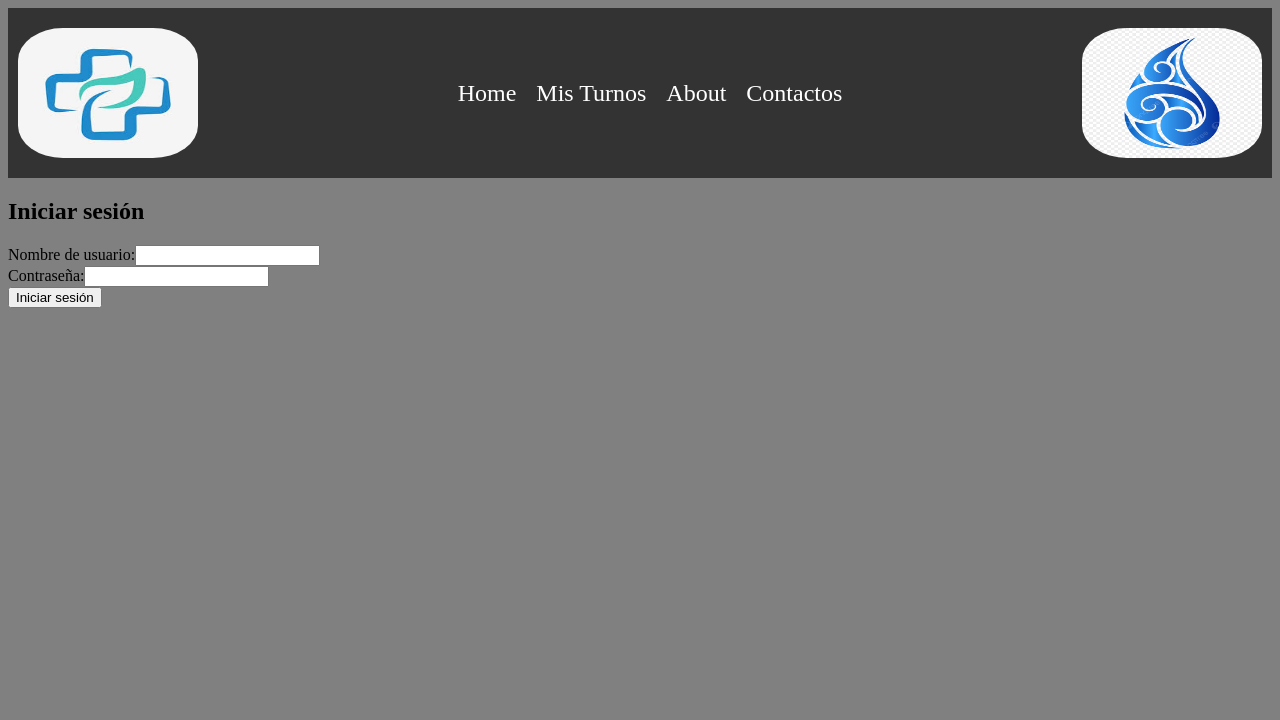
Repository: mauro8778/TurnoClinica
Page: / (app in front/vite-project/)
The author's editor kept a copy of each file at every save. The page is drawn from the files as they stood at one save, then again after the next save.
The browser window is 1280 px wide. The pictures show the whole page.
The project was rebuilt for these pictures with package versions that can differ from the ones it lists, and the page was loaded fresh each time. Also part of the build but not shown: front/vite-project/vite.config.js.

Above is the page before, as saved 2024-04-14 10:23:12.

### front/vite-project/src/App.jsx

import "./index.css"
import NavBar from "./components/NavBar/NavBar.jsx";
import Login from "./views/Login/Login"


function App() {


  return (
    <>
    <NavBar/>
  <Login/>
    </>


  )
}

export default App

### front/vite-project/src/index.css
body{

  background-color: grey;
}

### front/vite-project/src/components/NavBar/NavBar.jsx

import  "./NavBar.css";
import hospital from "../../assets/hospital.jpg"
import logo from "../../assets/logo.jpg"


const NavBar=()=>{

    return(
    <>

    <div className="navbar">
      <img src={hospital} alt="Imagen 1" className="left-image" />
      <ul className="nav-list">
        <li>Home</li>
        <li>Mis Turnos </li>
        <li>About</li>
        <li>Contactos </li>
      </ul>
      <img src={logo} alt="Imagen 2" className="right-image" />
    </div>


    </>
    )
}
export default NavBar;

### front/vite-project/src/views/Login/Login.jsx
import { useState } from "react";
import axios from "axios"
import "./Login.css";

const LoginForm = () => {
  const [credentials, setCredentials] = useState({
    username: "",
    password: ""
  });

  const [error, setError] = useState("");

  const handleInputChange = (event) => {
    const { name, value } = event.target;
    setCredentials({
      ...credentials,
      [name]: value
    });
  };

  const handleFormSubmit = async (event) => {
    event.preventDefault();
    try {
      const response = await axios.post("http://localhost:3000/users/loguin", credentials);
      if (response.data.success) {
        alert("Inicio de sesión exitoso");

    } else {
        setError("Credenciales inválidas");
      }
    } catch (error) {
      console.error("Error al iniciar sesión:", error);
      setError("Error al iniciar sesión. Por favor, inténtalo de nuevo más tarde");
    }
  };

  return (
    <div className="card-container">
    <div className="card">
      <h2>Iniciar sesión</h2>
      <form onSubmit={handleFormSubmit}>
        <div>
          <label htmlFor="username">Nombre de usuario:</label>
          <input
            type="text"
            id="username"
            name="username"
            value={credentials.username}
            onChange={handleInputChange}
          />
        </div>
        <div>
          <label htmlFor="password">Contraseña:</label>
          <input
            type="password"
            id="password"
            name="password"
            value={credentials.password}
            onChange={handleInputChange}
          />
        </div>
        {error && <p className="error">{error}</p>}
        <button type="submit">Iniciar sesión</button>
      </form>
    </div>
  </div>
);
};

export default LoginForm;

### front/vite-project/src/components/NavBar/NavBar.css
.navbar {
  display: flex;
  justify-content: space-between;
  align-items: center;
  background-color: #333;
  padding: 10px;
  height: 150px;
}

.nav-list {
  list-style: none;
  display: flex;
  margin: 0;
  padding: 0;
}

.nav-list li {
  margin-left: 20px;
  color: white;
  font-size: 1.5rem;
}

.left-image,
.right-image {
  width: 180px;
  height: 130px;
  border-radius: 25%;
}

### front/vite-project/src/views/Login/Login.css
.card-container {
      position: fixed;
      top: 50%;
      left: 50%;
      transform: translate(-50%, -50%);
      perspective: 1000px;
    }

    .card {
      width: 300px;
      padding: 20px;
      border-radius: 10px;
      background-color: rgba(255, 255, 255, 0.8);
      box-shadow: 0 8px 16px rgba(0, 0, 0, 0.2);
      transform-style: preserve-3d;
      transition: transform 0.5s;
    }

    .card:hover {
      transform: rotateY(10deg) translateZ(20px);
    }

    .card form {
      display: flex;
      flex-direction: column;
    }

    .card label {
      margin-bottom: 10px;
    }

    .card input {
      padding: 10px;
      margin-bottom: 15px;
      border: 1px solid #ccc;
      border-radius: 4px;
    }

    .card button {
      padding: 10px 20px;
      background-color: #007bff;
      color: #fff;
      border: none;
      border-radius: 4px;
      cursor: pointer;
    }

    .card button:hover {
      background-color: #0056b3;
    }

    .error {
      color: red;
      margin-top: 5px;
    }
.card-container {
  position: fixed;
  top: 50%;
  left: 50%;
  transform: translate(-50%, -50%);
  perspective: 1000px;
}

.card {
  width: 300px;
  padding: 20px;
  border-radius: 10px;
  background-color: rgba(255, 255, 255, 0.8);
  box-shadow: 0 8px 16px rgba(0, 0, 0, 0.2);
  transform-style: preserve-3d;
  transition: transform 0.5s;
}

.card:hover {
  transform: rotateY(10deg) translateZ(20px);
}

.card form {
  display: flex;
  flex-direction: column;
}

.card label {
  margin-bottom: 10px;
}

.card input {
  padding: 10px;
  margin-bottom: 15px;
  border: 1px solid #ccc;
  border-radius: 4px;
}

.card button {
  padding: 10px 20px;
  background-color: #007bff;
  color: #fff;
  border: none;
  border-radius: 4px;
  cursor: pointer;
}

.card button:hover {
  background-color: #0056b3;
}

.error {
  color: red;
  margin-top: 5px;
}

### front/vite-project/src/views/Login/login.css
.card-container {
  display: flex;
  justify-content: center;
  align-items: center;
  height: 100vh;
}
.centered{
  text-align: center;
  font-size: 3rem;
  color: black;
  padding: 10px 20px;
  text-shadow: 2px 2px 4px rgba(0, 0, 0, 0.5);
}
label{
  text-align: center;
  font-size: 1.5rem;
  color: black;
  padding: 10px 20px;
  border-radius: 5px;
  text-shadow: 2px 2px 4px rgba(0, 0, 0, 0.5);
  display: flex;
  justify-content: center;

}
input{
  text-align: right;
  font-size: 1.5rem;
  color: black;
  padding: 10px 20px;
  border-radius: 5px;
  text-shadow: 2px 2px 4px rgba(0, 0, 0, 0.5);
}

.card {
  display: flex;
  border: 1px solid #ccc;
  width: 80%;
  max-width: 800px;
}

.left-column,
.right-column {
  flex: 1;
  padding: 20px;
  background: linear-gradient(white,grey) ;
  display: flex;
  justify-content: center;
  align-items: center;
}

.left-column {
  border-right: 1px solid #ccc;
  background: linear-gradient(white,grey);
  display: flex;
  justify-content: center;
  align-items: center;
}

.right-column {
  display: flex;
  flex-direction: column;
  align-items: center;
  padding: 20px; }

.right-column h2 {
  margin-bottom: 20px;
}

.form-container {
  width: 80%;
  text-align: center;
}

.input-container {
  width: 100%;
  margin-bottom: 20px;
  text-align: left;
}

.error {
  color: red;
  text-align: center;
}

.button-container {
  margin: 0 5px;
}


.botones{
  display: flex;
  justify-content: space-between;
  align-items: center;
}
button {
  padding: 10px 20px;
  background: linear-gradient(white, grey);
  transition: background-color 0.3s ease;
  text-decoration: none;
  color: #333;
  border-radius: 5px;
}
button:hover {
  background-color: rgba(0, 0, 0, 0.1);
}
.Links {
  padding: 10px 20px;
  background: linear-gradient(white, grey);
  transition: background-color 0.3s ease;
  text-decoration: none;
  color: #333;
  border-radius: 5px;
}
.Links:hover {
  background-color: rgba(0, 0, 0, 0.1);
}

Loaded but not shown: front/vite-project/index.html (common file); front/vite-project/src/main.jsx (common file)

After the next save:
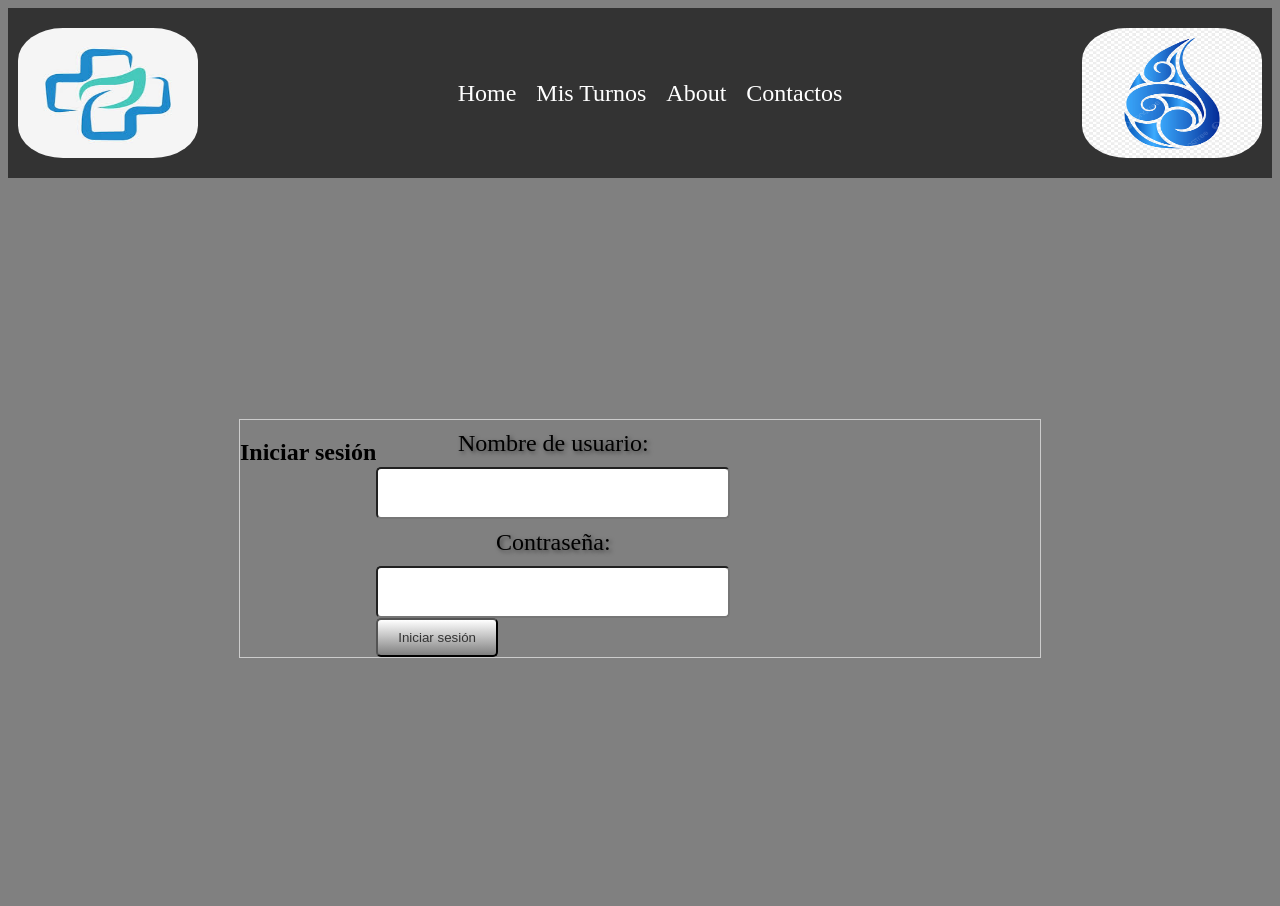
Saved 2 min 47 s later.
--- a/front/vite-project/src/views/Login/Login.jsx
+++ b/front/vite-project/src/views/Login/Login.jsx
@@ -1,6 +1,6 @@
 import { useState } from "react";
 import axios from "axios"
-import "./Login.css";
+import "./login.css";
 
 const LoginForm = () => {
   const [credentials, setCredentials] = useState({
